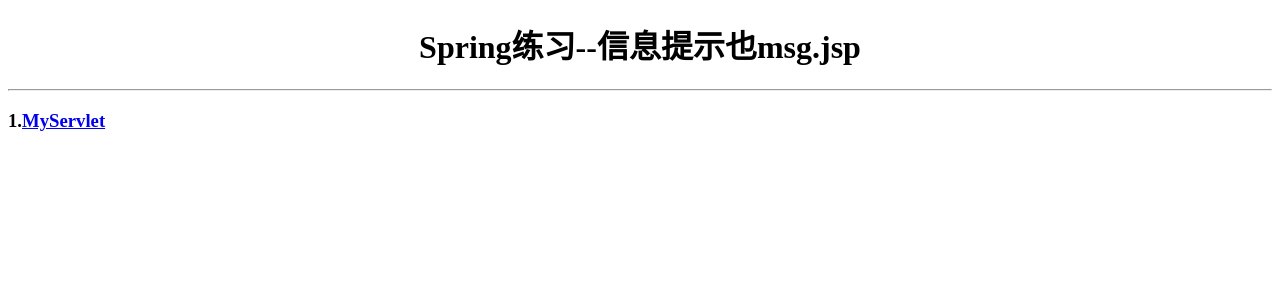
Repository: SunLightFor6/neuedu_record
Page: http://localhost/SpringPro1/msg.jsp
These files come from the project's save history. The page is drawn as it stood at one moment and after the next save; the edit follows.
The browser window is 1280 px wide. The pictures show the whole page.
The page is served by Tomcat 9.

Above is the page before, as saved 2018-06-07 07:47:31.

After the next save:
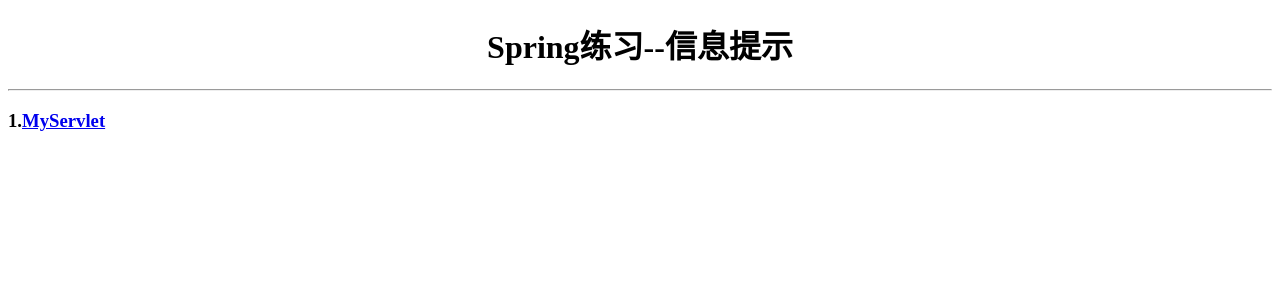
Saved 62 s later.
--- a/SpringPro1/WebContent/msg.jsp
+++ b/SpringPro1/WebContent/msg.jsp
@@ -7,7 +7,7 @@
 <title>Insert title here</title>
 </head>
 <body>
-<h1 align="center">Spring练习--信息提示也msg.jsp</h1>
+<h1 align="center">Spring练习--信息提示</h1>
 <hr>
 <h3>1.<a href="MyServlet">MyServlet</a></h3>
 </body>
